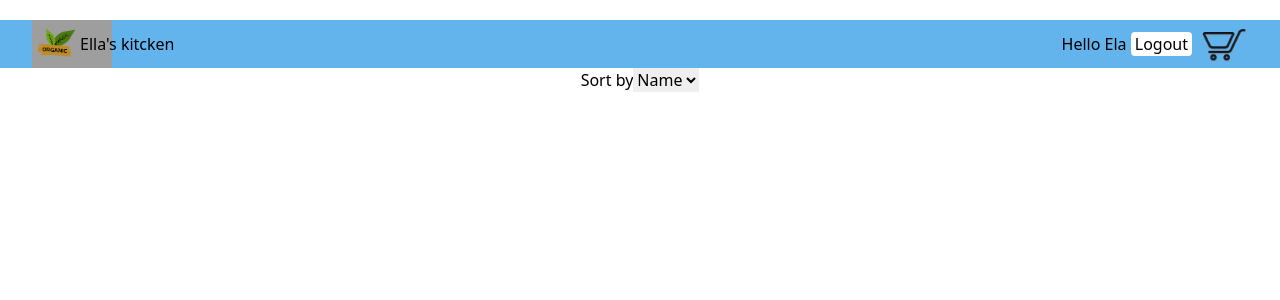
Repository: dgmihaela/eshop-counter
Page: / (app in eshop-counter/my-app/)
An editor plug-in stored every save of this project. The page is shown before and after the next save, followed by the edit.
The browser window is 1280 px wide. The pictures show the whole page.
Pictures or frames that could not be fetched are drawn as grey boxes. The page's requests for data from a server got no answer. The project was rebuilt for these pictures with package versions that can differ from the ones it lists, and the page was loaded fresh each time. No one was signed in, and anything a server would have sent is missing. Also part of the build but not shown: eshop-counter/my-app/src/components/LeftSideCategory.js, eshop-counter/my-app/src/components/Product.js, eshop-counter/my-app/src/components/RightSideProducts.js, eshop-counter/my-app/src/components/Category.js, eshop-counter/my-app/src/components/CartContainer.js.

Above is the page before, as saved 2021-01-06 15:31:54.

After the next save:
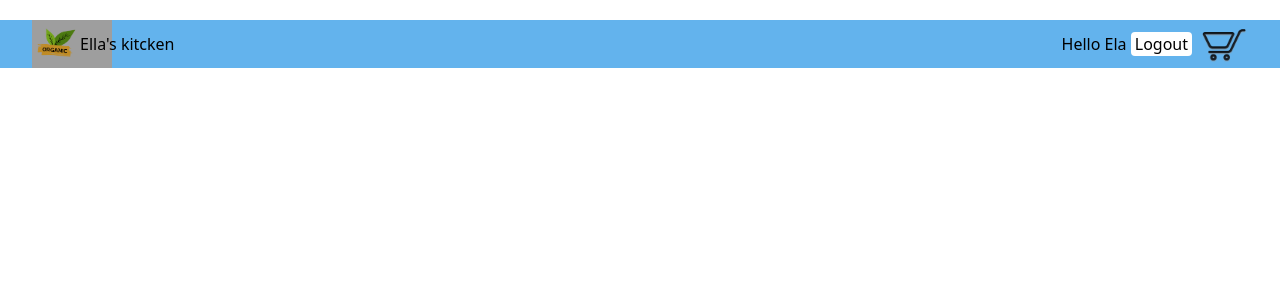
Saved 9 min 35 s later.
--- a/eshop-counter/my-app/src/App.js
+++ b/eshop-counter/my-app/src/App.js
@@ -6,21 +6,29 @@
 import CartContainer from './components/CartContainer';
 
 
-function App() {
+const App = () => {
   const [images, setImages] = useState([]);
   const [isLoading, setIsLoading] = useState(true);
   const [term, setTerm] = useState('');
 
-  const cartFlagValue = useSelector(state => state.flagIsClickedSlice.cartFlagValue );
+  const cartFlagValue = useSelector(isClicked);
 
   console.log('din app', cartFlagValue)
+
+  const showCart = () => {
+    if(cartFlagValue === true){
+      return <CartContainer />
+    }else{
+      return  <MainContainer />
+    }
+  }
 
   return (
     <div className="container mx-auto  py-5">
       <Header />
     <div className='px-10'>
-      {cartFlagValue  && <CartContainer />}
-      <MainContainer />
+      {showCart}
+
     </div>
     </div>
   );

After the 2 saves that followed:
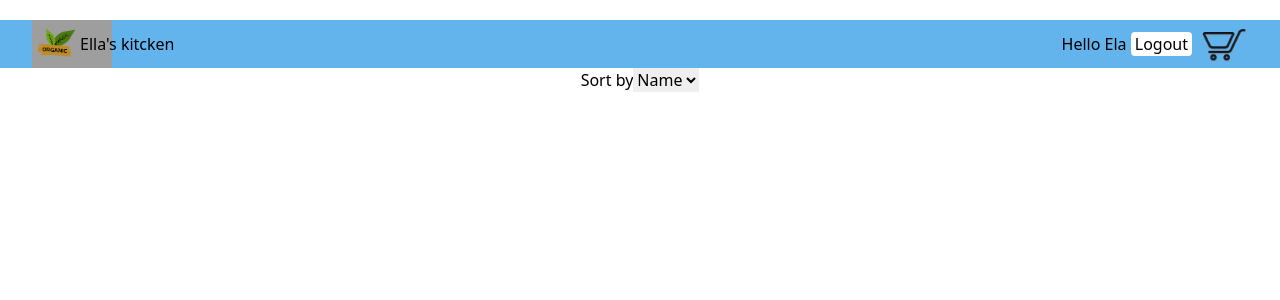
The 2 saves are shown as one change because 1 did not build or start.
The last was saved 2 min 59 s later.
--- a/eshop-counter/my-app/src/App.js
+++ b/eshop-counter/my-app/src/App.js
@@ -15,20 +15,11 @@
 
   console.log('din app', cartFlagValue)
 
-  const showCart = () => {
-    if(cartFlagValue === true){
-      return <CartContainer />
-    }else{
-      return  <MainContainer />
-    }
-  }
-
   return (
     <div className="container mx-auto  py-5">
       <Header />
     <div className='px-10'>
-      {showCart}
-
+      {cartFlagValue ? <CartContainer /> : <MainContainer />}
     </div>
     </div>
   );
